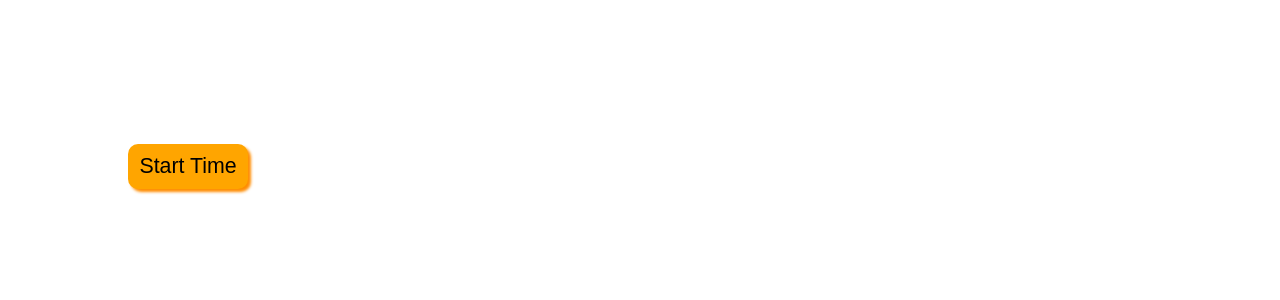
Repository: sylviaah/dynamicmidterm
Page: timer.html
These files come from the project's save history. The page is drawn as it stood at one moment and after the next save; the edit follows.
The browser window is 1280 px wide. The pictures show the whole page.

Above is the page before, as saved 2020-03-13 10:41:29.

After the next save:
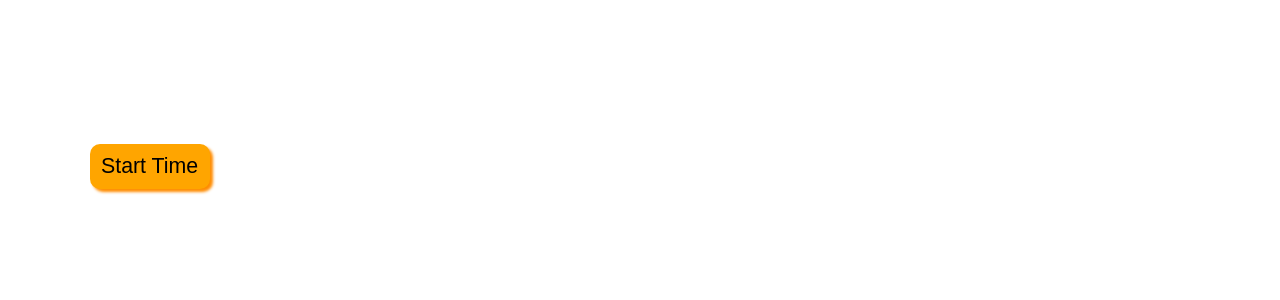
Saved 6 s later.
--- a/timer.css
+++ b/timer.css
@@ -34,7 +34,7 @@
     display: flex;
     position: fixed;
     top: 20%;
-    left: 10%;
+    left: 7%;
     width: 100px;
     justify-content: center;
     border-radius: 10px;
